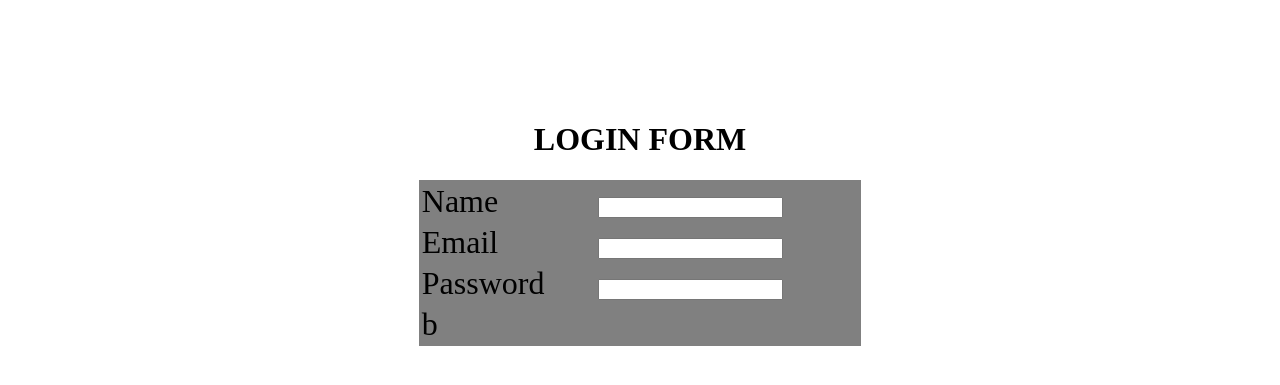
Repository: obusakthi539/Loginform
Page: Login.html
These files come from the project's save history. The page is drawn as it stood at one moment and after a run of saves; the edit follows.
The browser window is 1280 px wide. The pictures show the whole page.

Above is the page before, as saved 2025-01-10 18:05:35.

After the next 3 saves:
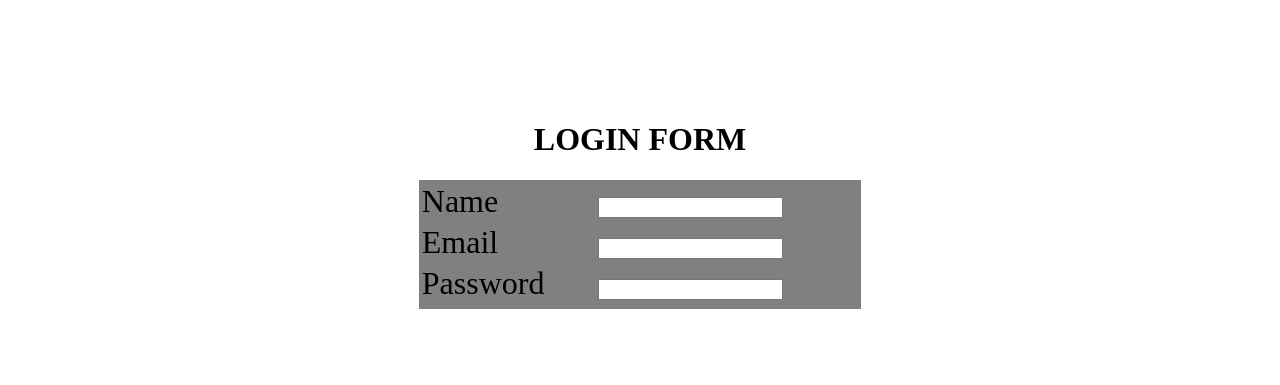
The 3 saves are shown as one change because they came seconds apart.
The last was saved 8 s later.
--- a/Login.html
+++ b/Login.html
@@ -41,7 +41,7 @@
                 <td><input type="text"></td>
             </tr>
             <tr>
-                <td>b</td>
+                <td></td>
             </tr>
         </table>
     </div>

After the 3 saves that followed:
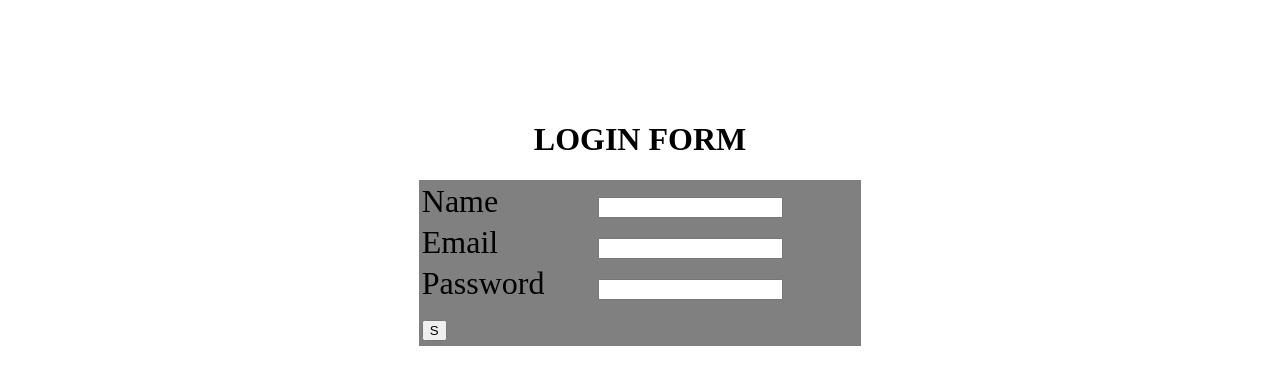
The 3 saves are shown as one change because they came seconds apart.
The last was saved 15 s later.
--- a/Login.html
+++ b/Login.html
@@ -41,7 +41,7 @@
                 <td><input type="text"></td>
             </tr>
             <tr>
-                <td></td>
+                <td><button>S</button></td>
             </tr>
         </table>
     </div>
